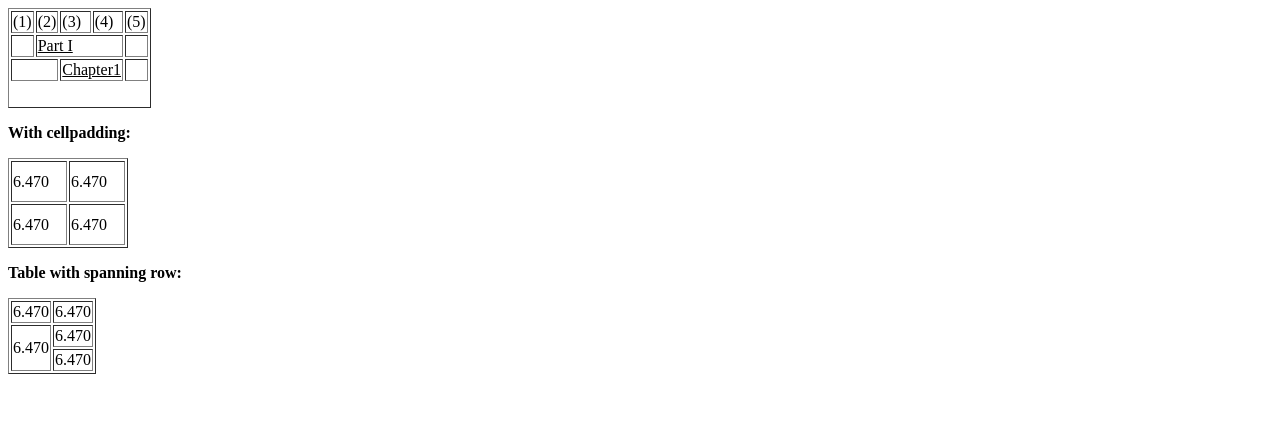
Repository: PhamChiXuan1/HTCNW_tuan3_DHCNTT16C_PhamChiXuan_20030131
Page: bt6b.html
An editor plug-in stored every save of this project. The page is shown before and after the next save, followed by the edit.
The browser window is 1280 px wide. The pictures show the whole page.

Above is the page before, as saved 2022-02-26 22:52:57.

After the next save:
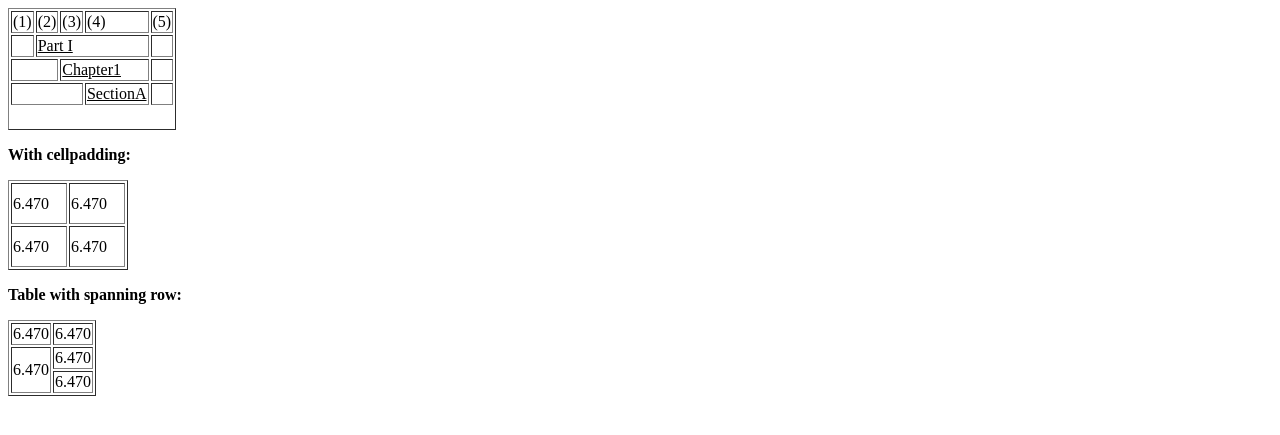
Saved 78 s later.
--- a/bt6b.html
+++ b/bt6b.html
@@ -25,7 +25,11 @@
             <td colspan="3"><U>Chapter1</U></td>
             <td></td>
         </tr>
-        <tr></tr>
+        <tr>
+            <td colspan="3"></td>
+            <td colspan="2"><U>SectionA</U></td>
+            <td></td>
+        </tr>
         <tr></tr>
         <tr></tr>
         <tr></tr>
